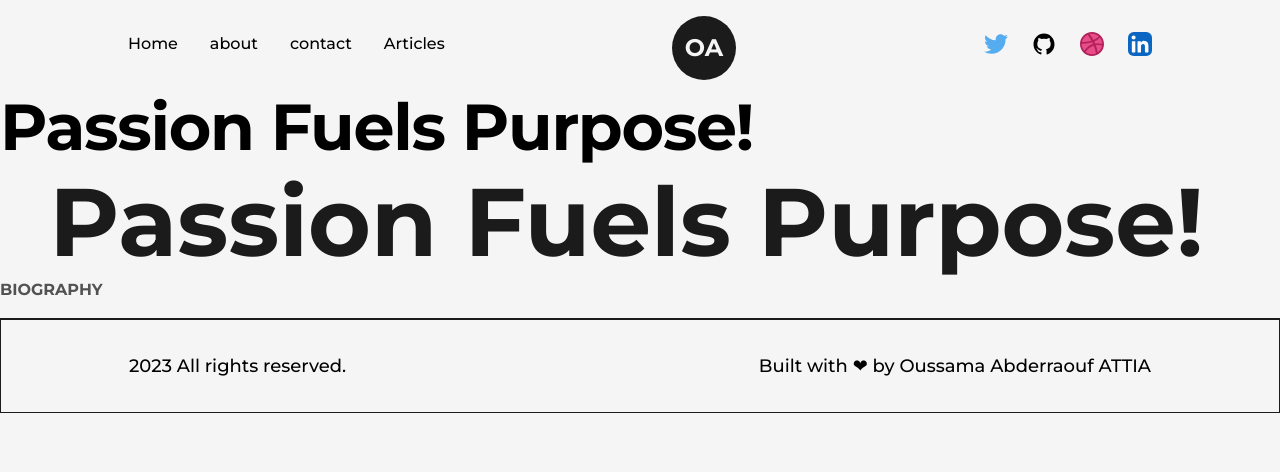
Repository: OussamaAbderraoufAttia/Next.js-Developer-Portfolio
Page: /About
These files come from the project's save history. The page is drawn as it stood at one moment and after the next save; the edit follows.
The browser window is 1280 px wide. The pictures show the whole page.
The project was rebuilt for these pictures with package versions that can differ from the ones it lists, and the page was loaded fresh each time. The framework's server and built-in components were replaced by stand-ins that run in the browser. Also part of the build but not shown: next.config.js.

Above is the page before, as saved 2023-06-27 16:44:39.

### src/pages/_app.js
import Footer from '@/components/Footer'
import NavBar from '@/components/NavBar'
import '@/styles/globals.css'
import { Montserrat } from 'next/font/google'
import Head from 'next/head'


const montserrat = Montserrat({
  subsets: ['latin'],
  variable: "--font-mont"
})
export default function App({ Component, pageProps }) {
  return (
    <>
    <Head>
      <meta name="viewport" content="width=device-width, initial-scale=1" />
      <link rel="icon" href="/favicon.ico" />
    </Head>
    <main className={`${montserrat.variable} font-mont bg-light w-full min-h-screen`}>
      <NavBar />
      <Component {...pageProps} />
      <Footer />
    </main>
    </>
  )
}

### src/pages/About.js
import React from 'react';
import Head from 'next/head';
import AnimatedText from '@/components/AnimatedText';
import Layout from '@/components/Layout';

const about = () => {
  return (
    <>
        <Head>
            <title>OA | About Page</title>
            <meta name='description' content='About Oussama Abderraouf ATTIA' />
        </Head>
        <main className='flex w-full flex-col item-center justify-center'>
            <Layout className='pt-16'>
                <h1 style={{
                    fontSize: '65px',
                    fontWeight: 'bold',
                    lineHeight: '1.2',
                    letterSpacing: '-0.02em',
                }}>
                    Passion Fuels Purpose!
                </h1>
                <AnimatedText text='Passion Fuels Purpose!' />
                <div className='grid w-full grid-cols-8 gap-16'>
                    <div>
                        <h2 className='mb-4 text- font-bold uppercase text-dark/75'>
                            Biography
                        </h2>
                    </div>

                </div>
            </Layout>
        </main>
    </>
  )
}

export default about;

### src/components/Footer.js
import React from 'react';
import Link from 'next/link';
import Layout from './Layout';

const Footer = () => {
  return (
    <div>
      <footer className='w-full border-t-2 border border-solid  border-dark
      font-medium text-lg
      '>
        <Layout className=' py-8 flex items-center justify-between '>
        <span>
            2023 All rights reserved.
        </span>
        <div>
            <p  >
                Built with &#10084; by Oussama Abderraouf ATTIA
             </p>
        </div>

        </Layout>

      </footer>
    </div>
  )
}

export default Footer

### src/components/NavBar.js
import Link from "next/link";
import React from "react";
import { useRouter } from "next/router";
import Logo from "./Logo";
import   { TwitterIcon, DribbbleIcon, GithubIcon, LinkedInIcon, PinterestIcon } from "./Icons";
import { motion } from "framer-motion";

const CustomLink = ({ href, title, className="" }) => {
    const router = useRouter();
    return (
        <Link href={href} className= {`${className} relative group `}>
            {title }
            <span className={`h-[1px] inline-block bg-dark absolute left-0 bottom-0.5 group-hover:w-full
            transiion-[width] ease duration-300 ${router.asPath === href ? "w-full" : "w-0" }
            `}> &nbsp; </span>
        </Link>
    )
}


const NavBar = () => {
    return (
        <header className="w-full px-32 py-8 font-medium flex items-center justify-between">
            <nav>
                <CustomLink href="/"  title="Home" className="mr-4"/>
                <CustomLink href="/about" title="about" className="mx-4"/>
                <CustomLink href="/contact"  title="contact" className="mx-4"/>
                <CustomLink href="/Articles"  title="Articles" className="ml-4"/>
            </nav>

            <nav className="flex item-center justify-center flex-wrap">
                <motion.a href="https://twitter.com/oussamaattia245" target={"_blank"}
                whileHover={{ y:-5  }}
                whileTap={{ scale: 0.9 }}
                className="w-6 mx-3"
                >
                    <TwitterIcon />
                 </motion.a>
                <motion.a href="https://github.com/OussamaAbderraoufAttia" target={"_blank"}
                whileHover={{ y:-5  }} whileTap={{ scale: 0.9 }}
                className="w-6 mx-3"
                > <GithubIcon /> </motion.a>
                <motion.a href="https://dribbble.com/JohnLoyd" target={"_blank"}
                whileHover={{ y:-5  }} whileTap={{ scale: 0.9 }}
                className="w-6 mx-3"
                > <DribbbleIcon /> </motion.a>
                <motion.a href="https://www.linkedin.com/in/oussama-abderraouf-attia-494b32225/" target={"_blank"}
                whileHover={{ y:-5  }} whileTap={{ scale: 0.9 }}
                className="w-6 ml-3"
                > <LinkedInIcon /> </motion.a>

            </nav>
            <div className="absolute left-[50%] top-2    translate-x-[50%]">
                 <Logo />
            </div>
        </header>
    )
}

export default NavBar;

### src/components/AnimatedText.js
import React from 'react';
import { motion } from 'framer-motion';

const quote = {
    initial:{
        opacity:0,
    },
    animate:{
        opacity:1,
        transition:{
            delay:0.5,
            staggerChildren: 0.08,
        }
    }
}
const singleWord  = {
    initial:{
        opacity:0,
        y: 50,
    },
    animate:{
        opacity:1,
        y:0,
        transition:{
            duration: 1,
        }
    }
}
const AnimatedText = ({ text, className = "" }) => {
  return (
    <div className='w-full mx-auto py-2 flex items-center justify-center text-center overflow-hidden'>
      <motion.h1 className={`inline-block text-dark font-bold capitalize text-8xl ${className}`}
      variants={quote}
      inherit='initial'
      animate='animate'
      >
        {text.split(" ").map((word, index) =>
          <span key={word + '-' + index} className='inline-block '
          variants={singleWord}
            inherit='initial'
            animate='animate'
          >
            {word}&nbsp;
          </span>
        )}
      </motion.h1>
    </div>
  );
};

export default AnimatedText;

### src/components/Layout.js
import React from 'react';

const Layout = ({ children, className = "" }) => {
  return (
    <div className={`  w-full h-full inline-block z-0 bg-light p-32${className}`}>
      {children}
    </div>
  );
};

export default Layout;

### src/components/Logo.js
import React from "react";
import Link from "next/link";
import { motion } from "framer-motion";



const MotionLink = motion(Link);
const Logo = () => {
  return (
    <div className="flex items-center justify-center mt-2">
      <MotionLink
        href="/"
        className="w-16 h-16 bg-dark text-light flex items-center justify-center rounded-full font-bold text-2xl"
        whileHover={{
            backgroundColor:["#121212", "rgba(131,58,180,1)","rgba(253,29,29,1)","rgba(252,176,69,1)","rgba(131,58,180,1)", "#121212"],
          transition: {
            duration: 1,
            repeat: Infinity,
          },
        }}
      >
        OA
      </MotionLink>
    </div>
  );
};

export default Logo;

### tailwind.config.js
/** @type {import('tailwindcss').Config} */
const {fontFamily} = require('tailwindcss/defaultTheme')

module.exports = {
  content: [
    // Or if using `src` directory:
    "./src/**/*.{js,ts,jsx,tsx,mdx}",
  ],
  theme: {
    extend: {
      fontFamily: {
        mont: ['var(--font-mont)', 'sans-serif'],
      },
        colors: {
          dark: "#1b1b1b",
          light: "#f5f5f5",
          primary: "#B63E96", // 240,86,199
          primaryDark: "#58E6D9", // 80,230,217
      },
      animation: {
        'spin-slow': 'spin 8s linear infinite',
      },
    },
  },
  plugins: [],
}

Loaded but not shown: src/pages/_document.js (common file); src/styles/globals.css (common file); src/components/Icons.js (484 lines, source omitted)

After the next save:
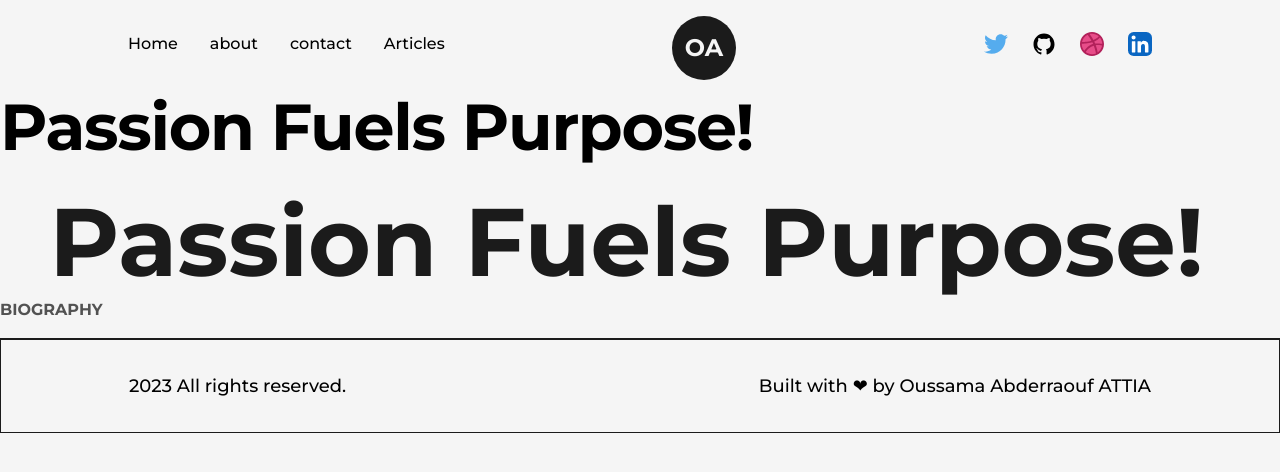
Saved 9 s later.
--- a/src/pages/About.js
+++ b/src/pages/About.js
@@ -17,6 +17,7 @@
                     fontWeight: 'bold',
                     lineHeight: '1.2',
                     letterSpacing: '-0.02em',
+                    padding: '0 0 0.3em 0',
                 }}>
                     Passion Fuels Purpose!
                 </h1>
